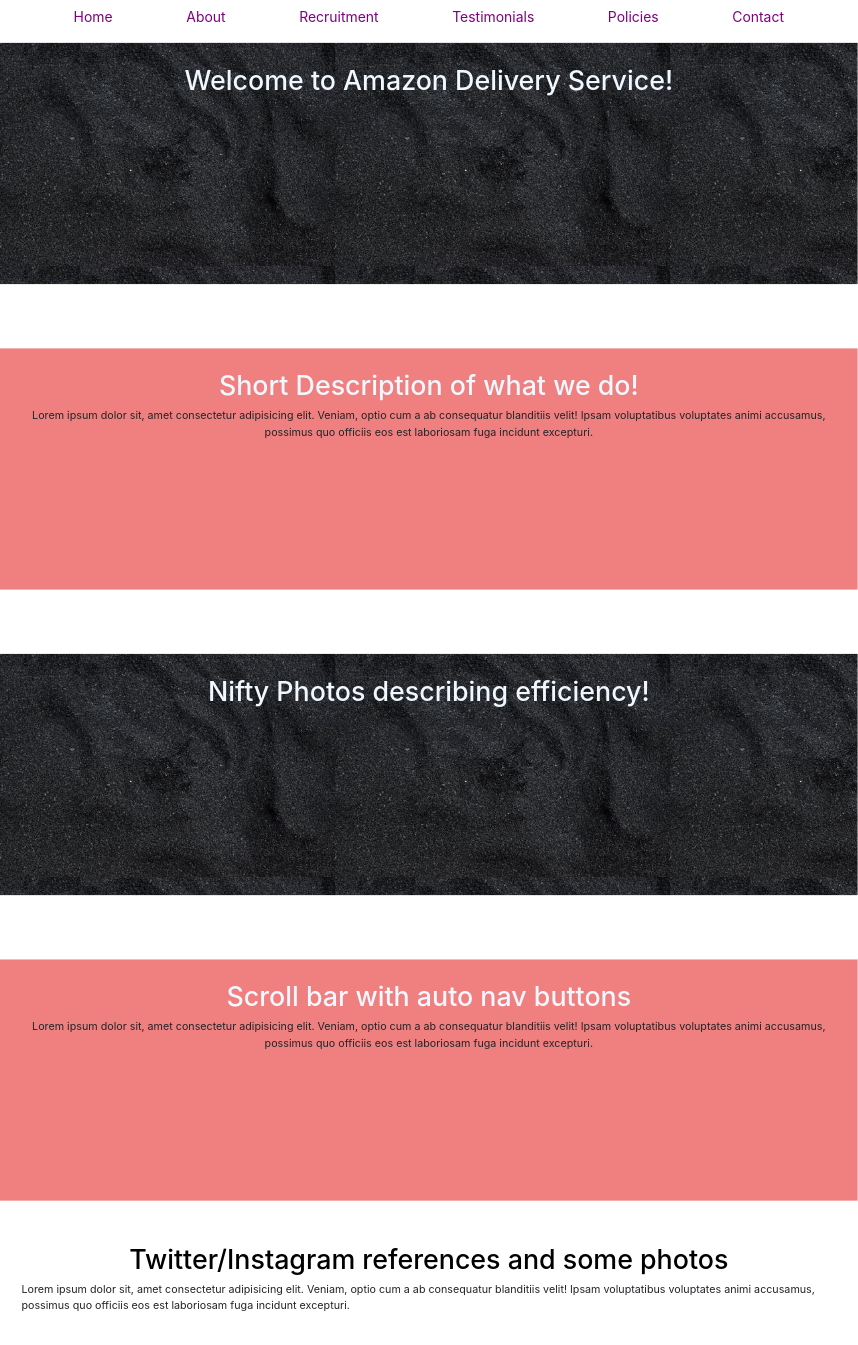
Repository: cerebrium/website
Page: /
These files come from the project's save history. The page is drawn as it stood at one moment and after the next save; the edit follows.
The browser window is 1280 px wide. The pictures show the whole page, at 67% of full size.
The project was rebuilt for these pictures with package versions that can differ from the ones it lists, and the page was loaded fresh each time. Also part of the build but not shown: src/Routes/About.jsx, src/Routes/Recruitment.jsx, src/Routes/Testimonials.jsx, src/Routes/Policies.jsx, src/Routes/Contact.jsx.

Above is the page before, as saved 2019-11-02 13:08:58.

### src/App.jsx
import React from 'react';
import './styles/App.css'
import {
  BrowserRouter as Router,
  Route,
  Link
} from 'react-router-dom';
import About from './Routes/About'
import Recruitment from './Routes/Recruitment'
import Testimonials from './Routes/Testimonials'
import Policies from './Routes/Policies'
import Home from './Routes/Home'
import Contact from './Routes/Contact'

class App extends React.Component {
  render () {
    return (
      <Router>
        <div className='mainContainer'>
          <div className='navContainer'>
            <div><Link to='/' className='nav'>Home</Link></div><div><Link to='/about' className='nav'>About</Link></div><div><Link to='/recruitment' className='nav'>Recruitment</Link></div><div><Link to='/testimonials' className='nav'>Testimonials</Link></div><div><Link to='/policies' className='nav'>Policies</Link></div><div><Link to='/contact'className='nav'>Contact</Link></div>
          </div>
          <Route exact path='/' component={Home}/>
          <Route exact path='/about' component={About}/>
          <Route exact path='/recruitment' component={Recruitment}/>
          <Route exact path='/testimonials' component={Testimonials}/>
          <Route exact path='/policies' component={Policies}/>
          <Route exact path='/contact' component={Contact}/>
        </div>
      </Router>
    )
  }
}

export default App;

### src/styles/App.css

/***************************** MAIN APP STYLING ******************************/

.App {
  text-align: center;
}

.mainContainer {
  min-width: 100vw;
}

.navContainer {
  z-index: 1;
  display: flex;
  flex-flow: row;
  align-items: center;
  justify-content: space-evenly;
  position: fixed; /* Make it stick, even on scroll */
  width: 100%;
  margin: 0;
  padding: 0;
  height: 7%;
  background: white;
}

.nav {
  text-decoration: none;
  color: purple;
  font-size: 1.3em;
}

/***************************** HOME APP STYLING ******************************/
.rowCentering {
  display: flex;
  justify-content: center;
  width: 100%;
  height: 100%;
}

.contentCentering {
  display: flex;
  align-items: flex-start;
  flex-flow: column;
  border: 5em;
  padding: 2em;
  /* margin: 5em; */
  width: 100%;
}

.contentBackground {
  height: 50vh;
  text-align: center;
  position: relative;
  width: 100%;
  background: lightcoral;
  margin: 2em 0em;
}

.pictureBackground {
  height: 50vh;
  text-align: center;
  position: relative;
  width: 100%;
  background-image: url('./slideOne.jpeg');
  margin: 4em 0em;
}

.bottomContent {
  color: black;
}

h1 {
  color: aliceblue;
  position: relative;
  text-align: center;
  width: 100%;
}

### src/Routes/Home.jsx
import React from 'react';
import '../styles/App.css';

class Home extends React.Component {
    render () {
        return (
            <div className='mainContainer'>
                <div className='rowCentering'>
                    <div className='contentCentering pictureBackground'>
                        <h1>Welcome to Amazon Delivery Service!</h1>
                        <p>Lorem ipsum dolor sit, amet consectetur adipisicing elit. Veniam, optio cum a ab consequatur blanditiis velit! Ipsam voluptatibus voluptates animi accusamus, possimus quo officiis eos est laboriosam fuga incidunt excepturi.</p>
                    </div>
                </div>
                <div className='rowCentering'>
                    <div className='contentCentering contentBackground'>
                        <h1>Short Description of what we do!</h1>
                        <p>Lorem ipsum dolor sit, amet consectetur adipisicing elit. Veniam, optio cum a ab consequatur blanditiis velit! Ipsam voluptatibus voluptates animi accusamus, possimus quo officiis eos est laboriosam fuga incidunt excepturi.</p>
                    </div>
                </div>
                <div className='rowCentering'>
                    <div className='contentCentering pictureBackground'>
                        <h1>Nifty Photos describing efficiency!</h1>
                        <p>Lorem ipsum dolor sit, amet consectetur adipisicing elit. Veniam, optio cum a ab consequatur blanditiis velit! Ipsam voluptatibus voluptates animi accusamus, possimus quo officiis eos est laboriosam fuga incidunt excepturi.</p>
                    </div>
                </div>
                <div className='rowCentering'>
                    <div className='contentCentering contentBackground'>
                        <h1>Scroll bar with auto nav buttons</h1>
                        <p>Lorem ipsum dolor sit, amet consectetur adipisicing elit. Veniam, optio cum a ab consequatur blanditiis velit! Ipsam voluptatibus voluptates animi accusamus, possimus quo officiis eos est laboriosam fuga incidunt excepturi.</p>
                    </div>
                </div>
                <div className='rowCentering'>
                    <div className='contentCentering'>
                        <h1 className='bottomContent'>Twitter/Instagram references and some photos</h1>
                        <p>Lorem ipsum dolor sit, amet consectetur adipisicing elit. Veniam, optio cum a ab consequatur blanditiis velit! Ipsam voluptatibus voluptates animi accusamus, possimus quo officiis eos est laboriosam fuga incidunt excepturi.</p>
                    </div>
                </div>
            </div>
        )
    }
}

export default Home;

Loaded but not shown: public/index.html (common file); src/index.js (common file); src/index.css (common file); src/serviceWorker.js (common file)

After the next save:
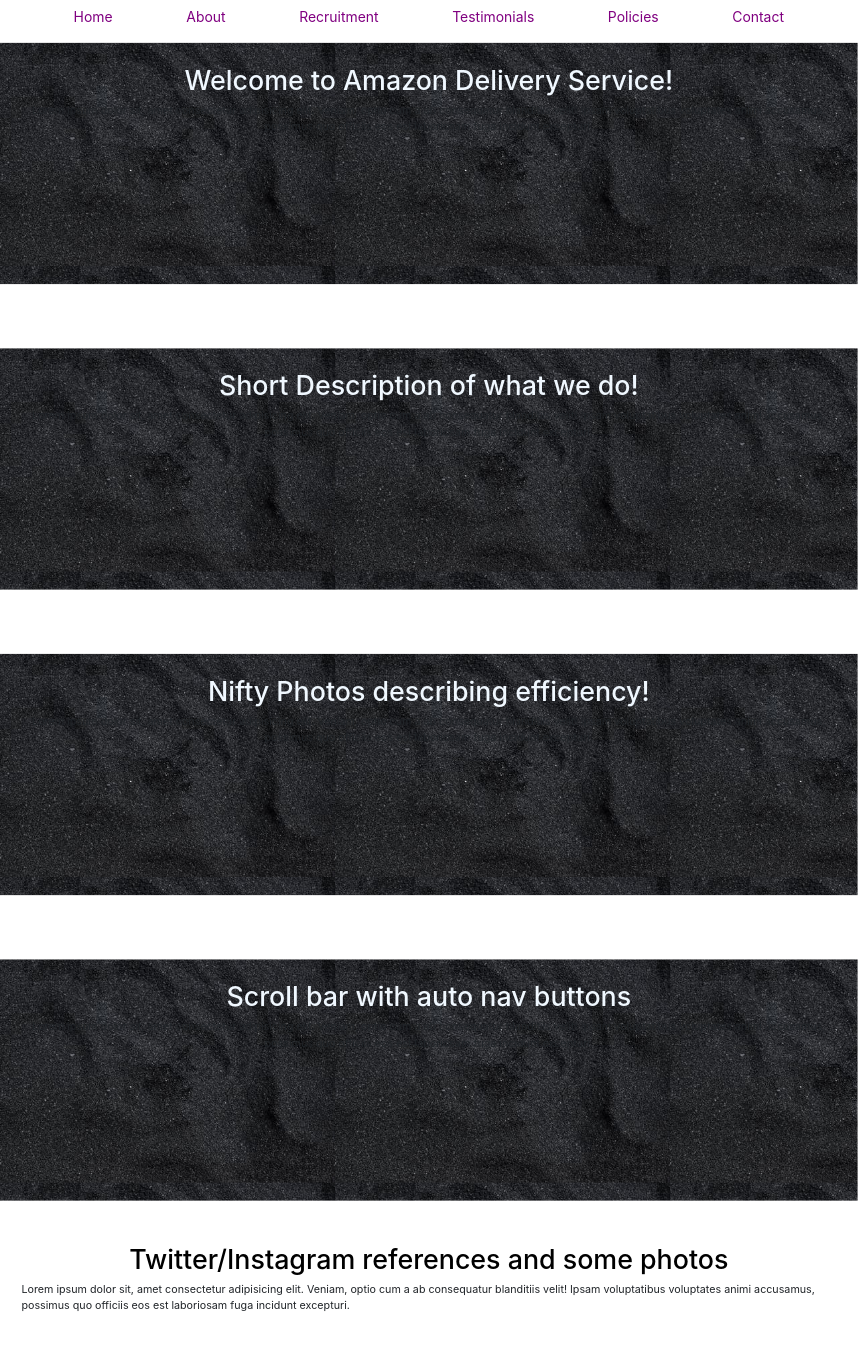
Saved 19 s later.
--- a/src/styles/App.css
+++ b/src/styles/App.css
@@ -52,7 +52,7 @@
   text-align: center;
   position: relative;
   width: 100%;
-  background: lightcoral;
+  background-image: url('./slideOne.jpeg');
   margin: 2em 0em;
 }
 
